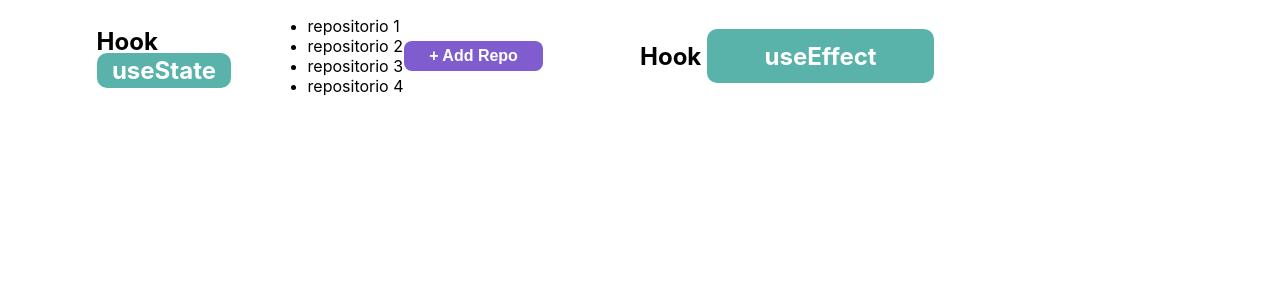
Repository: thiagolucio/react-hooks-use
Page: /
These files come from the project's save history. The page is drawn as it stood at one moment and after the next save; the edit follows.
The browser window is 1280 px wide. The pictures show the whole page.
The project was rebuilt for these pictures with package versions that can differ from the ones it lists, and the page was loaded fresh each time.

Above is the page before, as saved 2022-03-08 22:47:29.

After the next save:
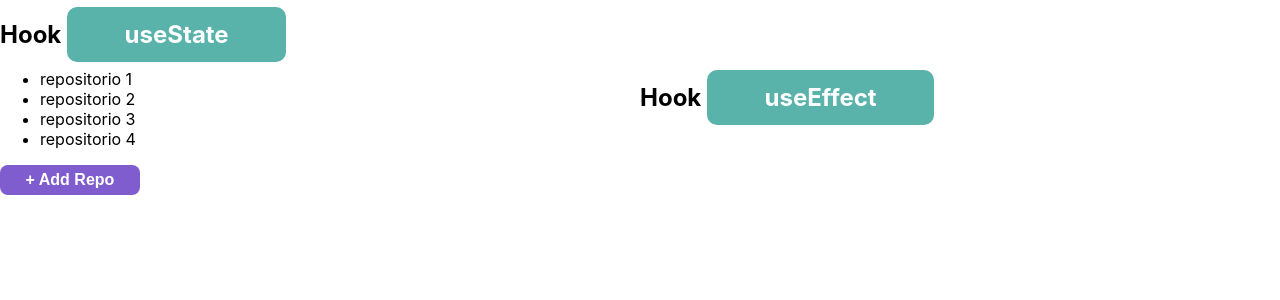
Saved 19 s later.
--- a/src/Components/UseStateExample.js
+++ b/src/Components/UseStateExample.js
@@ -18,7 +18,7 @@ function UseStateExample() {
     }
 
   return (
-    <div className="container-row">
+    <div className="container">
       <h2>Hook <span className="badge-title">useState</span></h2>
       <ul>
         {repositories.map((repo) => (
